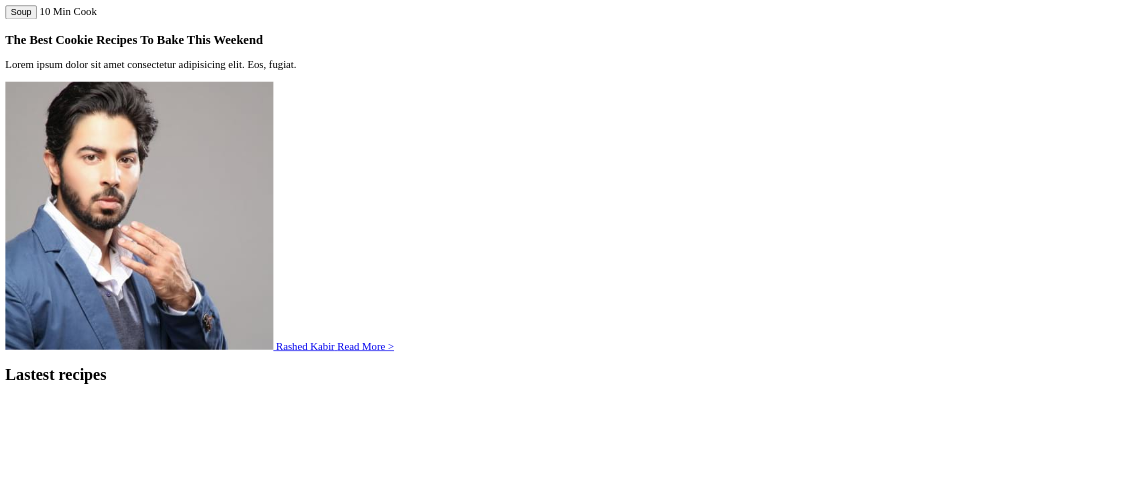
Repository: ngoctinvo/diner_project_cybersoft
Page: html/blog.html
These files come from the project's save history. The page is drawn as it stood at one moment and after the next save; the edit follows.
The browser window is 1280 px wide. The page is 1280 px wide, then 1688 px, so the pictures cover 1688 px, including what lies to the right of the window. The pictures show the whole page, at 67% of full size.

Above is the page before, as saved 2022-04-16 21:34:25.

### html/blog.html
<!DOCTYPE html>
<html lang="en">

<head>
    <meta charset="UTF-8">
    <meta http-equiv="X-UA-Compatible" content="IE=edge">
    <meta name="viewport" content="width=device-width, initial-scale=1.0">
    <title>Document</title>
</head>

<body>
    <header></header>
    <section class="blog">
        <div class="container">
            <div class="title"></div>
            <div class="row">
                <div class="left-posts">
                    <div class="list">
                        <div class="item">
                            <div class="img">
                                <button>Soup</button>
                                <span><i class="fa fa-clock"></i> 10 Min Cook</span>
                            </div>
                            <div class="content">
                                <h3>The Best Cookie Recipes To Bake This Weekend</h3>
                                <p>Lorem ipsum dolor sit amet consectetur adipisicing elit. Eos, fugiat.</p>
                            </div>
                            <div class="author">
                                <a href="#">
                                    <img src="../img/blog/team1.jpg" alt="">
                                    <span>Rashed Kabir</span>
                                </a>
                                <a href="#">Read More ></a>
                            </div>
                        </div>
                    </div>
                    <div class="control-btn"></div>
                </div>
                <div class="right-posts">
                    <div class="right-container">
                        <div class="item latest-recipes">
                            <h2>Lastest recipes</h2>
                            <div class="list">
                                <div class="item">
                                </div>
                            </div>
                        </div>
                    </div>
                    <div class="item trending-posts"></div>
                    <div class="item categories"></div>
                    <div class="item advertisement"></div>
                </div>
            </div>
        </div>
        </div>
    </section>
    <footer></footer>
</body>

</html>

After the next save:
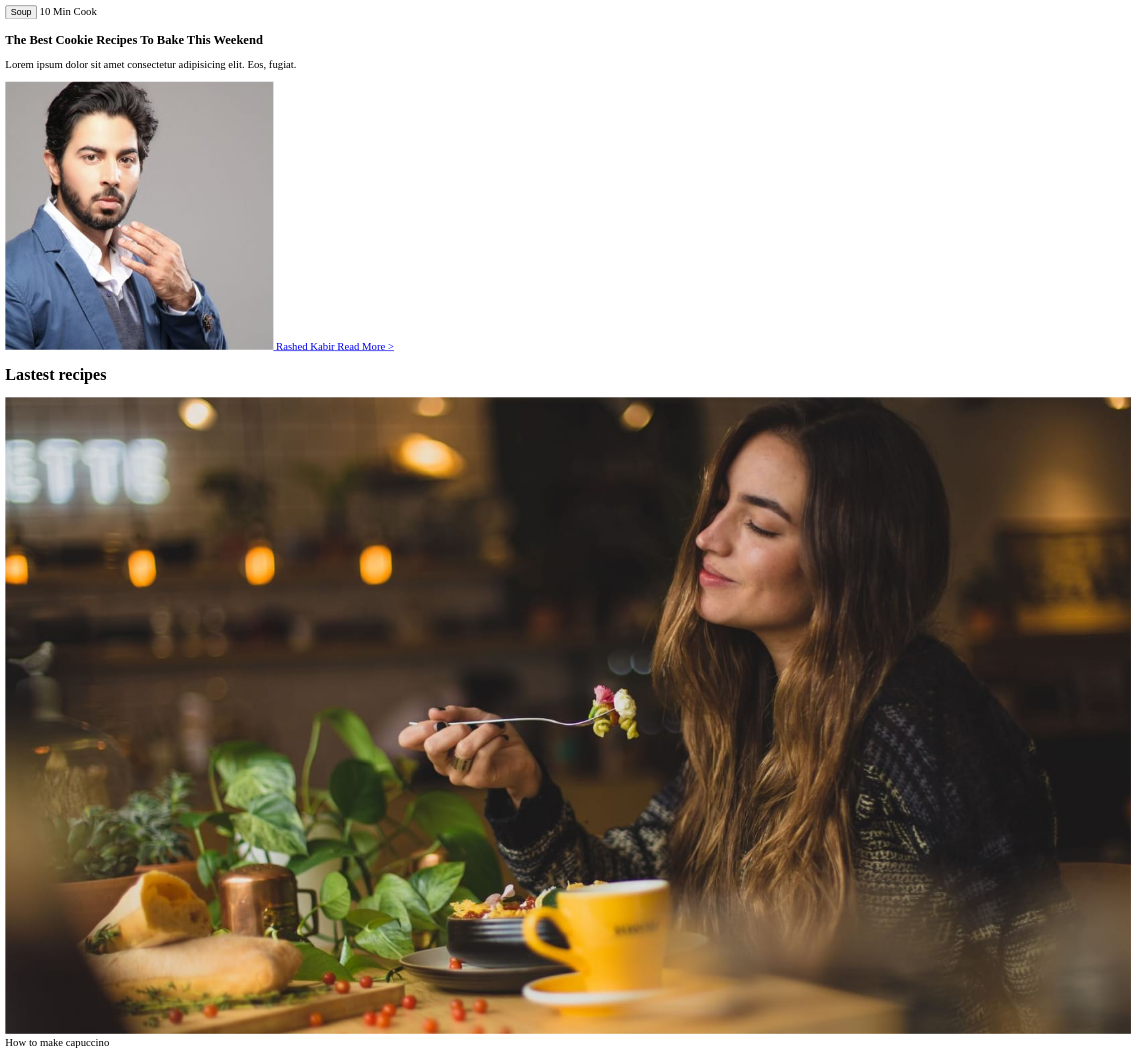
Saved 29 s later.
--- a/html/blog.html
+++ b/html/blog.html
@@ -42,6 +42,8 @@
                             <h2>Lastest recipes</h2>
                             <div class="list">
                                 <div class="item">
+                                    <img src="../img/blog/banner1.jpg">
+                                    <span>How to make capuccino</span>
                                 </div>
                             </div>
                         </div>
